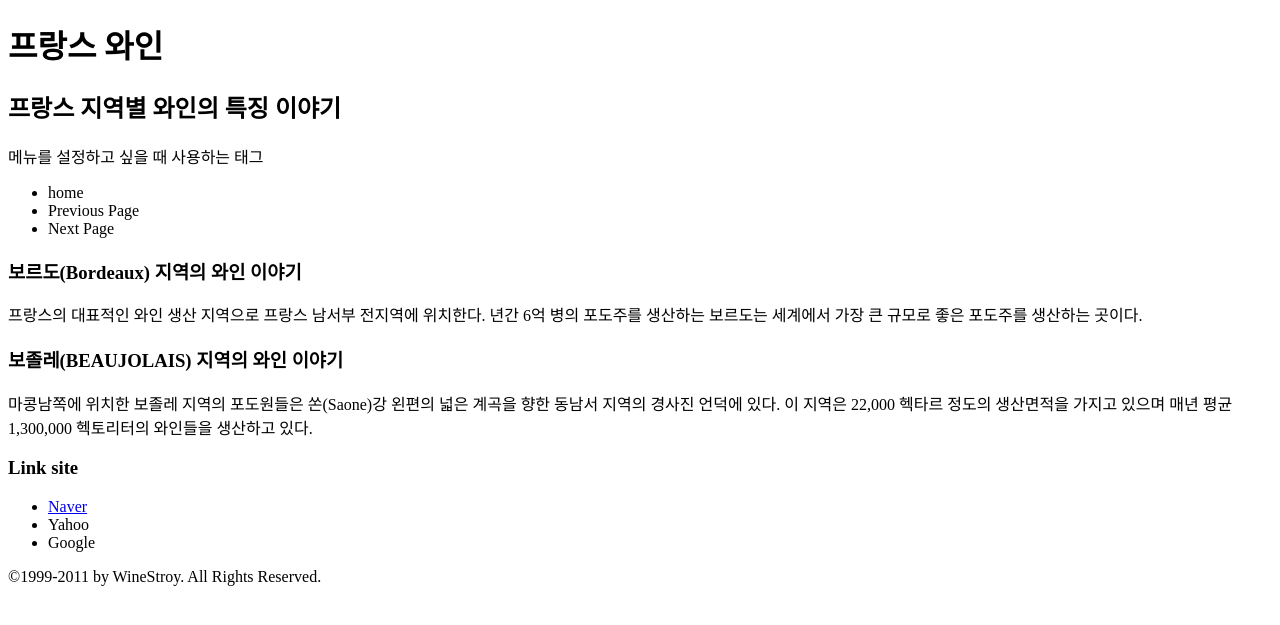
Repository: song-bean/Web_song
Page: 01_HTML/src/main/webapp/Ex08.html
An editor plug-in stored every save of this project. The page is shown before and after the next save, followed by the edit.
The browser window is 1280 px wide. The pictures show the whole page.

Above is the page before, as saved 2023-02-22 03:10:37.

After the next save:
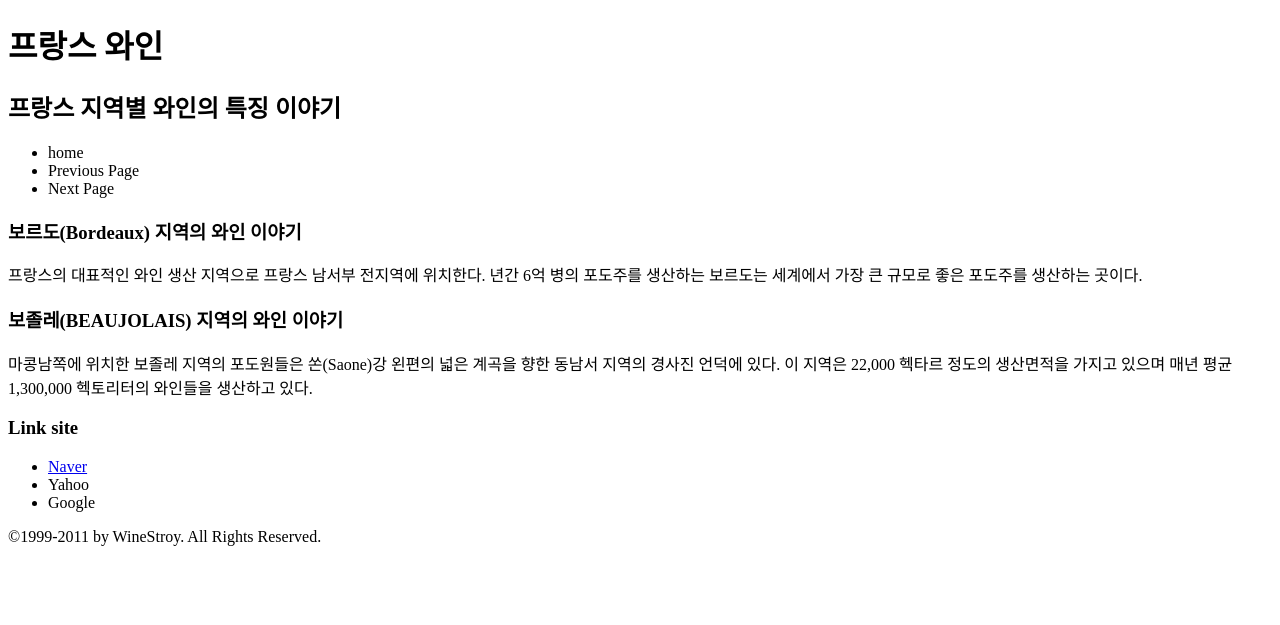
Saved 4 s later.
--- a/01_HTML/src/main/webapp/Ex08.html
+++ b/01_HTML/src/main/webapp/Ex08.html
@@ -12,7 +12,7 @@
 				<h2>프랑스 지역별 와인의 특징 이야기</h2>
 			</hgroup>
 		</header>
-		<nav> 메뉴를 설정하고 싶을 때 사용하는 태그
+		<nav> <!-- 메뉴를 설정하고 싶을 때 사용하는 태그 -->
 			<ul>
 				<li>home</li>
 				<li>Previous Page </li>
